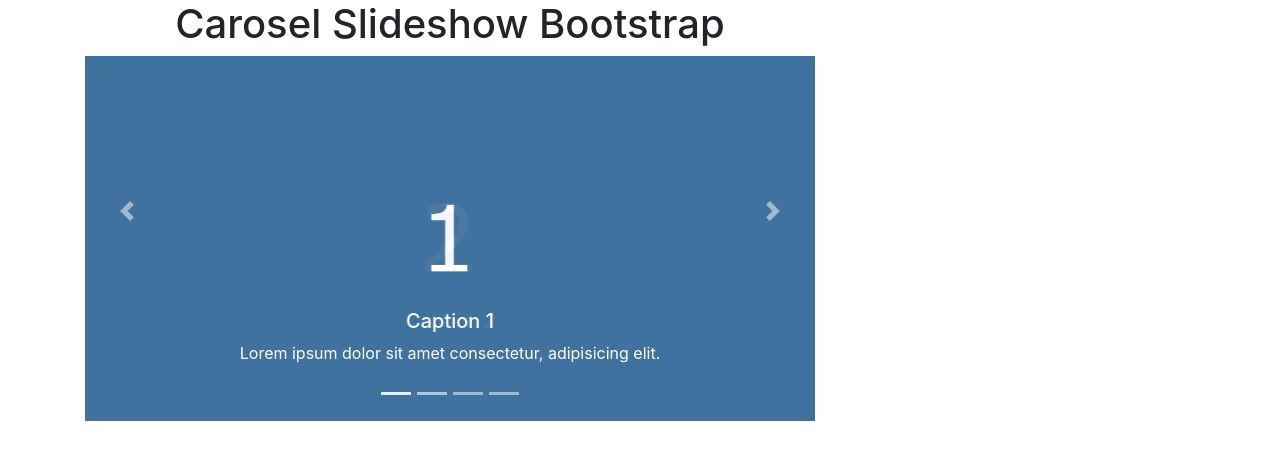
Repository: anhtu2110/front_end
Page: lesson/bootstrap/advance/5.16-carousel.html
An editor plug-in stored every save of this project. The page is shown before and after the next save, followed by the edit.
The browser window is 1280 px wide. The pictures show the whole page.

Above is the page before, as saved 2022-12-09 20:15:49.

### lesson/bootstrap/advance/5.16-carousel.html
<!DOCTYPE html>
<html lang="en">

<head>
    <meta charset="UTF-8" />
    <meta http-equiv="X-UA-Compatible" content="IE=edge" />
    <meta name="viewport" content="width=device-width, initial-scale=1.0" />
    <link rel="stylesheet" href="./bootstrap/css/bootstrap.min.css" />
    <title>Carousel SlideShow Bootstrap</title>
</head>

<body>
    <div class="container">
        <div class="row">
            <div class="col-md-8">
                <h1 class="text-center">Carosel Slideshow Bootstrap</h1>
                <div id="home-slide" class="carouse slide carousel-fade" data-ride="carousel">
                    <ol class="carousel-indicators">
                        <li data-target="#home-slide" class="active" data-slide-to="0"></li>
                        <li data-target="#home-slide" data-slide-to="1"></li>
                        <li data-target="#home-slide" data-slide-to="2"></li>
                        <li data-target="#home-slide" data-slide-to="3"></li>
                    </ol>
                    <div class="carousel-inner">
                        <div class="carousel-item active">
                            <!-- Thuộc tính data-interval là thuộc tính thời gian chuyển slide và tính theo ms -->
                            <img class="d-block w-100" src="./images/slide-1.png" alt="">
                            <!-- Thêm caption vào slide -->
                            <div class="carousel-caption">
                                <h5>Caption 1</h5>
                                <p>Lorem ipsum dolor sit amet consectetur, adipisicing elit.</p>
                            </div>
                        </div>
                        <div class="carousel-item">
                            <img class="d-block w-100" src="./images/slide-2.png" alt="">
                            <div class="carousel-caption">
                                <h5>Caption 2</h5>
                                <p>Lorem ipsum dolor sit amet consectetur, adipisicing elit.</p>
                            </div>
                        </div>
                        <div class="carousel-item">
                            <img class="d-block w-100" src="./images/slide-3.png" alt="">
                            <div class="carousel-caption">
                                <h5>Caption 3</h5>
                                <p>Lorem ipsum dolor sit amet consectetur, adipisicing elit.</p>
                            </div>
                        </div>
                        <div class="carousel-item">
                            <img class="d-block w-100" src="./images/slide-4.png" alt="">
                            <div class="carousel-caption">
                                <h5>Caption 4</h5>
                                <p>Lorem ipsum dolor sit amet consectetur, adipisicing elit.</p>
                            </div>
                        </div>
                    </div>
                    <!-- END carousel-inner -->
                    <a href="#home-slide" class="carousel-control-prev" data-slide="prev">
                        <span class="carousel-control-prev-icon"></span>
                    </a>
                    <a href="#home-slide" class="carousel-control-next" data-slide="next">
                        <span class="carousel-control-next-icon"></span>
                    </a>
                    <!-- Hiển thị button slide -->
                    <!-- End control next prev -->
                </div>
            </div>
        </div>
    </div>
    <script src="js/jquery-3.6.1.min.js"></script>
    <script>
        $(document).ready(function () {
            $("#home-slide").carousel({
                interval: 4000,
                ride: "carousel",
            })
        });
    </script>
    <script src="js/popper.min.js"></script>
    <script src="./bootstrap/js/bootstrap.min.js"></script>
</body>

</html>

Loaded but not shown: lesson/bootstrap/advance/bootstrap/css/bootstrap.min.css (library); lesson/bootstrap/advance/js/jquery-3.6.1.min.js (library); lesson/bootstrap/advance/js/popper.min.js (library); lesson/bootstrap/advance/bootstrap/js/bootstrap.min.js (library)

After the next save:
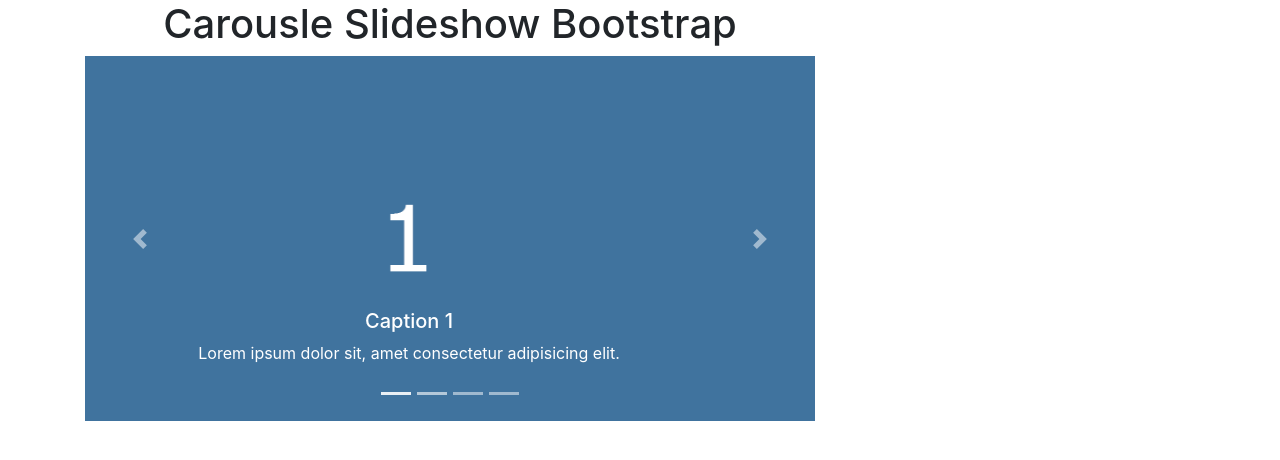
Saved 3 min 14 s later.
--- a/lesson/bootstrap/advance/5.16-carousel.html
+++ b/lesson/bootstrap/advance/5.16-carousel.html
@@ -6,15 +6,23 @@
     <meta http-equiv="X-UA-Compatible" content="IE=edge" />
     <meta name="viewport" content="width=device-width, initial-scale=1.0" />
     <link rel="stylesheet" href="./bootstrap/css/bootstrap.min.css" />
-    <title>Carousel SlideShow Bootstrap</title>
+    <title>Hiển thị carousel vối bootstrap</title>
 </head>
 
 <body>
     <div class="container">
         <div class="row">
             <div class="col-md-8">
-                <h1 class="text-center">Carosel Slideshow Bootstrap</h1>
-                <div id="home-slide" class="carouse slide carousel-fade" data-ride="carousel">
+                <h1 class="text-center">Carousle Slideshow Bootstrap</h1>
+                <!-- #1.Cấu trúc xây dựng Carousle Slidshow đơn giản
+                    #2.Thêm nút Control Prev - Next
+                    #3.Thêm thanh indicators- Chỉ số slide
+                    #4. Thêm caption
+                    #5.Điều chỉnh hiệu ứng chuyển slide - fade
+                    #6.Điểu khiển thời gian chuyển slide qua thuộc tính
+                    #7. Điều khiển carousel slide với Jquery  -->
+                <div id="home-slide" class="carousel slide" data-ride="carousel">
+                    <!-- Thêm thuộc tính data-ride="carousel" để kích hoạt carousel  -->
                     <ol class="carousel-indicators">
                         <li data-target="#home-slide" class="active" data-slide-to="0"></li>
                         <li data-target="#home-slide" data-slide-to="1"></li>
@@ -23,58 +31,37 @@
                     </ol>
                     <div class="carousel-inner">
                         <div class="carousel-item active">
-                            <!-- Thuộc tính data-interval là thuộc tính thời gian chuyển slide và tính theo ms -->
-                            <img class="d-block w-100" src="./images/slide-1.png" alt="">
-                            <!-- Thêm caption vào slide -->
+                            <img src="./images/slide-1.png" alt="" class="d-block w-100">
+                            <!-- Thêm caption  -->
                             <div class="carousel-caption">
                                 <h5>Caption 1</h5>
-                                <p>Lorem ipsum dolor sit amet consectetur, adipisicing elit.</p>
+                                <p>Lorem ipsum dolor sit, amet consectetur adipisicing elit.</p>
                             </div>
                         </div>
                         <div class="carousel-item">
-                            <img class="d-block w-100" src="./images/slide-2.png" alt="">
-                            <div class="carousel-caption">
-                                <h5>Caption 2</h5>
-                                <p>Lorem ipsum dolor sit amet consectetur, adipisicing elit.</p>
-                            </div>
+                            <img src="./images/slide-2.png" alt="" class="d-block w-100">
                         </div>
                         <div class="carousel-item">
-                            <img class="d-block w-100" src="./images/slide-3.png" alt="">
-                            <div class="carousel-caption">
-                                <h5>Caption 3</h5>
-                                <p>Lorem ipsum dolor sit amet consectetur, adipisicing elit.</p>
-                            </div>
+                            <img src="./images/slide-3.png" alt="" class="d-block w-100">
                         </div>
                         <div class="carousel-item">
-                            <img class="d-block w-100" src="./images/slide-4.png" alt="">
-                            <div class="carousel-caption">
-                                <h5>Caption 4</h5>
-                                <p>Lorem ipsum dolor sit amet consectetur, adipisicing elit.</p>
-                            </div>
+                            <img src="./images/slide-4.png" alt="" class="d-block w-100">
                         </div>
                     </div>
-                    <!-- END carousel-inner -->
+                    <!-- end carousel-inner  -->
+                    <!-- Thêm nút control Prev-Next  -->
                     <a href="#home-slide" class="carousel-control-prev" data-slide="prev">
                         <span class="carousel-control-prev-icon"></span>
                     </a>
                     <a href="#home-slide" class="carousel-control-next" data-slide="next">
                         <span class="carousel-control-next-icon"></span>
                     </a>
-                    <!-- Hiển thị button slide -->
-                    <!-- End control next prev -->
+
                 </div>
             </div>
         </div>
     </div>
     <script src="js/jquery-3.6.1.min.js"></script>
-    <script>
-        $(document).ready(function () {
-            $("#home-slide").carousel({
-                interval: 4000,
-                ride: "carousel",
-            })
-        });
-    </script>
     <script src="js/popper.min.js"></script>
     <script src="./bootstrap/js/bootstrap.min.js"></script>
 </body>
